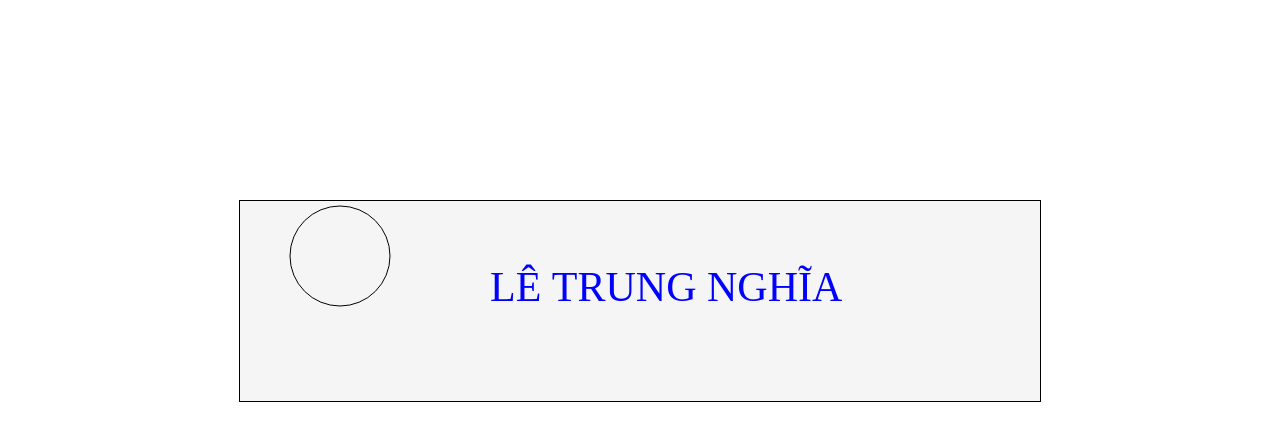
Repository: Nghia19/WEB20022-_00
Page: HTML5_CSS3/bai-4.html
An editor plug-in stored every save of this project. The page is shown before and after the next save, followed by the edit.
The browser window is 1280 px wide. The pictures show the whole page.

Above is the page before, as saved 2021-06-26 13:34:17.

### HTML5_CSS3/bai-4.html
<!DOCTYPE html>
<html lang="en">
  <head>
    <meta charset="UTF-8" />
    <meta http-equiv="X-UA-Compatible" content="IE=edge" />
    <meta name="viewport" content="width=device-width, initial-scale=1.0" />
    <title>Bài 4</title>
  </head>

  <body>
    <canvas
      id="arcexmaple"
      width="800"
      height="200"
      style="
        display: block;
        margin: 200px auto;
        background: whitesmoke;
        border-color: aqua;
        border: 1px solid #000;
      "
    >
    </canvas>
    <script>
      var canvas = document.getElementById("arcexmaple");
      var ctx = canvas.getContext("2d");
      ctx.font = "42px serif";
      ctx.fillStyle = "blue";
      ctx.fillText("LÊ TRUNG NGHĨA", 250, 100);
      ctx.beginPath();
      ctx.arc(100, 55, 50, 0, 2 * Math.PI);
      ctx.stroke();
    </script>
  </body>
</html>

After the next save:
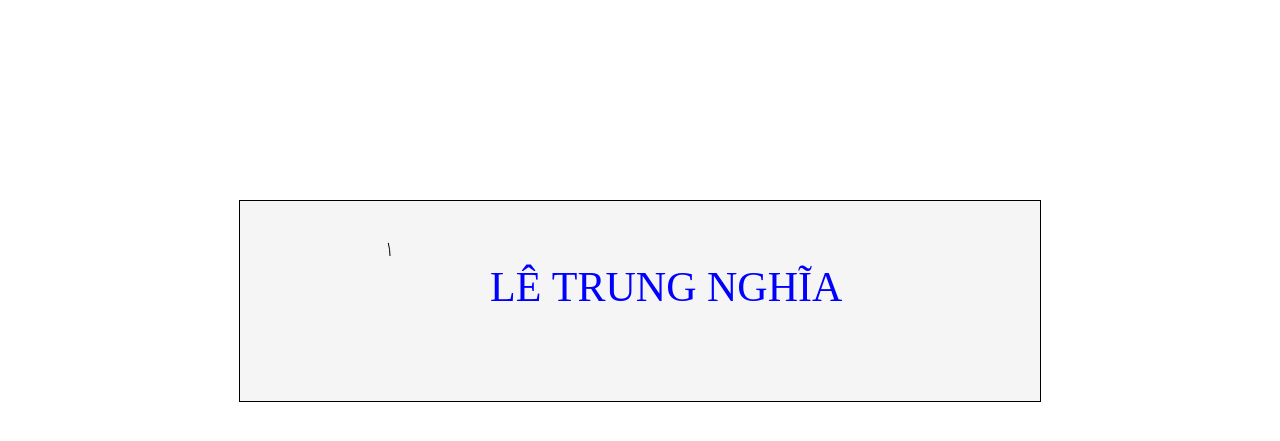
Saved 12 s later.
--- a/HTML5_CSS3/bai-4.html
+++ b/HTML5_CSS3/bai-4.html
@@ -28,7 +28,7 @@
       ctx.fillStyle = "blue";
       ctx.fillText("LÊ TRUNG NGHĨA", 250, 100);
       ctx.beginPath();
-      ctx.arc(100, 55, 50, 0, 2 * Math.PI);
+      ctx.arc(100, 55, 50, 50, 2 * Math.PI);
       ctx.stroke();
     </script>
   </body>
